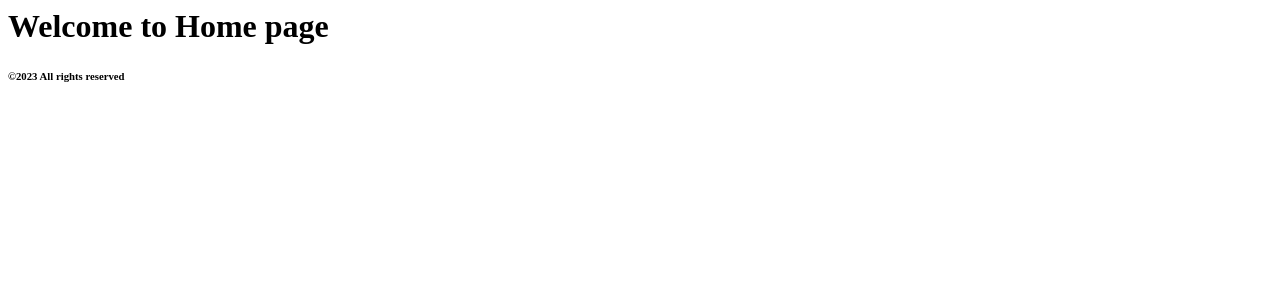
Repository: VuNhatDinhLe/test
Page: http://localhost/
The author's editor kept a copy of each file at every save. The page is drawn from the files as they stood at one save, then again after the next save.
The browser window is 1280 px wide. The pictures show the whole page.
The page is served by the project's Node server (server.js). Other server files are loaded and not shown.

Above is the page before, as saved 2023-05-24 23:04:22.

### WEEK3DEMO/app/views/index.ejs



<main class="container">
  <div class="jumbotron">
    <h1 class="display-4">Welcome to <%= title %> page</h1>
    </div>
    </main>
    <!--bottom nav-->

    <footer>
      <nav class="navbar fixed-bottom navbar-dark bg-dark">
   <div class="container-fluid">
    <h6 class="display-6 navbar-text">&copy;2023 All rights reserved</h6>
    </div>
    </nav>
  </div>
</nav>
      </footer>
      <!--script section-->
    <script src="/jquery/dist/jquery.min.js"></script>
    <script src="/bootstrap/dist/js/bootstrap.min.js"></script>
</body>

</html>

### WEEK3DEMO/server.js
process.env.NODE_ENV = process.env.NODE_ENV || 'development';
var express = require('./config/express');
var app = express();
app.listen(5000);
module.exports = app;

console.log('Server running at http://localhost:5000/');

### WEEK3DEMO/app/routes/index.server.routes.js
var express = require('express');
var router = express.Router();

/* GET home page. */
router.get('/', function(req, res, next) {
  res.render('index', { title: 'Home' });
});

router.get('/about', function(req, res, next) {
  res.render('index', { title: 'About' });
});
router.get('/products', function(req, res, next) {
  res.render('index', { title: 'Products' });
});
router.get('/contact', function(req, res, next) {
  res.render('index', { title: 'Contact' });
});
router.get('/services', function(req, res, next) {
  res.render('index', { title: 'Services' });
});

module.exports = router;

After the next save:
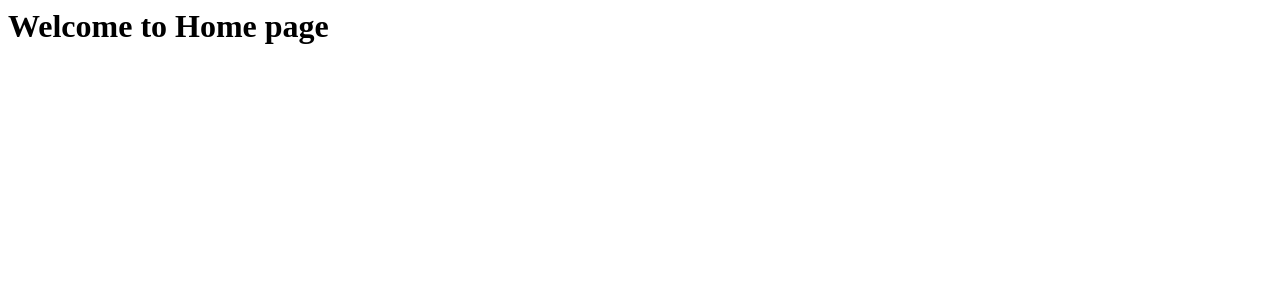
Saved 28 s later.
--- a/WEEK3DEMO/app/views/index.ejs
+++ b/WEEK3DEMO/app/views/index.ejs
@@ -8,15 +8,7 @@
     </main>
     <!--bottom nav-->
 
-    <footer>
-      <nav class="navbar fixed-bottom navbar-dark bg-dark">
-   <div class="container-fluid">
-    <h6 class="display-6 navbar-text">&copy;2023 All rights reserved</h6>
-    </div>
-    </nav>
-  </div>
-</nav>
-      </footer>
+
       <!--script section-->
     <script src="/jquery/dist/jquery.min.js"></script>
     <script src="/bootstrap/dist/js/bootstrap.min.js"></script>
